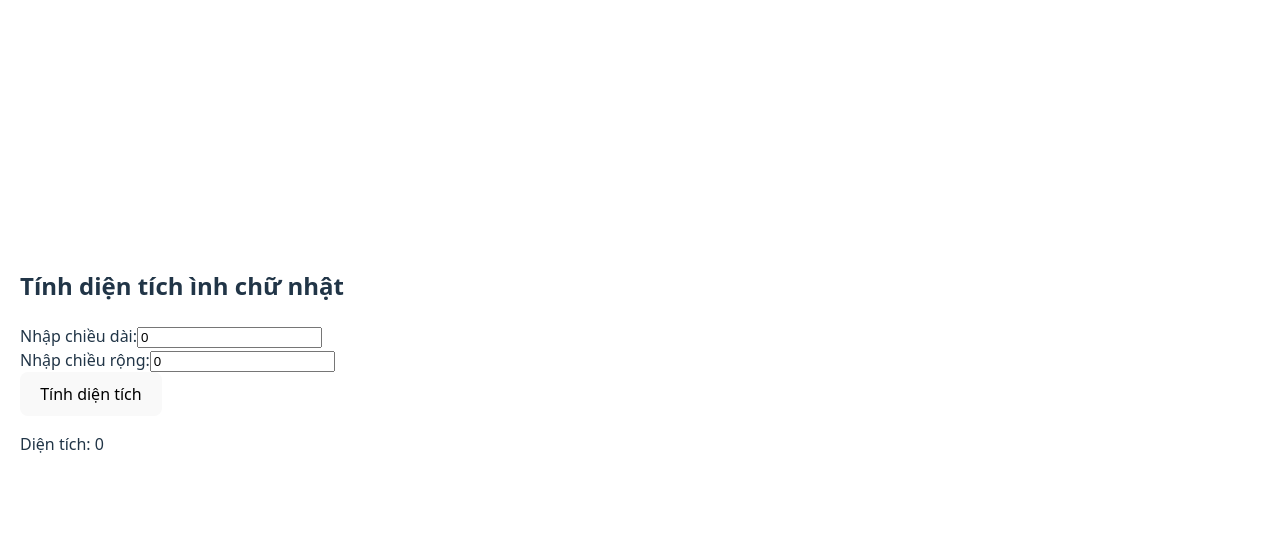
Repository: thidieu2005/React_State
Page: /
An editor plug-in stored every save of this project. The page is shown before and after a run of saves, followed by the edit.
The browser window is 1280 px wide. The pictures show the whole page.
The project was rebuilt for these pictures with package versions that can differ from the ones it lists, and the page was loaded fresh each time. Also part of the build but not shown: vite.config.js, src/Counter_function.jsx.

Above is the page before, as saved 2025-04-22 10:47:40.

### src/main.jsx
import { StrictMode } from 'react'
import { createRoot } from 'react-dom/client'
import './index.css'
import App from './App.jsx'
import Dientich_hcn from './Dientich_hcn.jsx'
// import App from './App.jsx'
// import Counter from './Counter.jsx'
import CounterFunction from './Counter_function.jsx'

createRoot(document.getElementById('root')).render(
  <StrictMode>
    <Dientich_hcn />
  </StrictMode>,
)

### src/Dientich_hcn.jsx

import React, { useState } from 'react';

export function Dientich_hcn() {
    const [lenght, setLenght] = useState(0);
    const [width, setWidth] = useState(0);
    const [area, setArea] = useState(0);
    const calculateArea = () => {
        setArea(lenght * width);
    };
    return (
        <div style={{ padding: '20px' }}>
            <h2>Tính diện tích ình chữ nhật</h2>
            <div>
                <label>Nhập chiều dài:</label>
                <input type="number"
                    value={lenght}
                    onChange={(e) => setLenght(Number(e.target.value))} />
            </div>
            <div>
                <label>Nhập chiều rộng:</label>
                <input type="number"
                    value={width}
                    onChange={(e) => setWidth(Number(e.target.value))} />
            </div>
            <div>
                <button onClick={calculateArea}>Tính diện tích</button>
                <p>Diện tích: {area}</p>
            </div>
        </div>
    )
}
export default Dientich_hcn;

### src/App.jsx
import React from 'react'
import { Dientich_hcn } from './Dientich_hcn'
class App extends React.Component {
    render() {
        return (
            <div style={{ padding: '20px' }}>
                <h1>Ứng dụng tính diện tích hình chữ nhật</h1>
                <Dientich_hcn />
            </div>
        )
    }
}
export default App

Loaded but not shown: index.html (common file); src/index.css (common file)

After the next 4 saves:
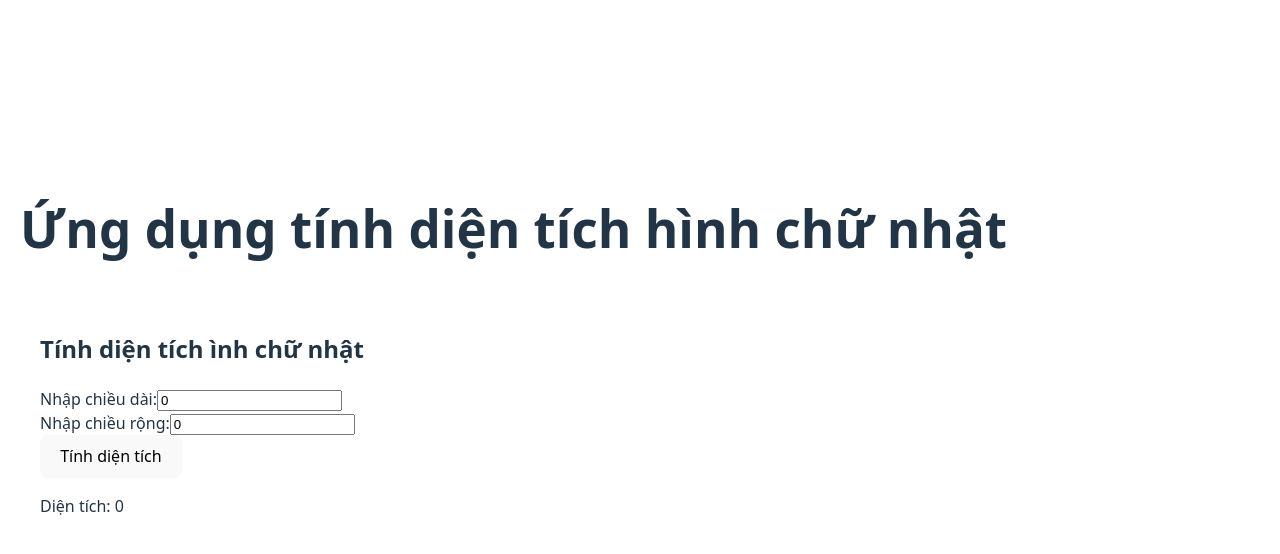
The 4 saves are shown as one change because they came seconds apart.
The last was saved 71 s later.
--- a/src/main.jsx
+++ b/src/main.jsx
@@ -9,6 +9,6 @@
 
 createRoot(document.getElementById('root')).render(
   <StrictMode>
-    <Dientich_hcn />
+    <App />
   </StrictMode>,
 )
